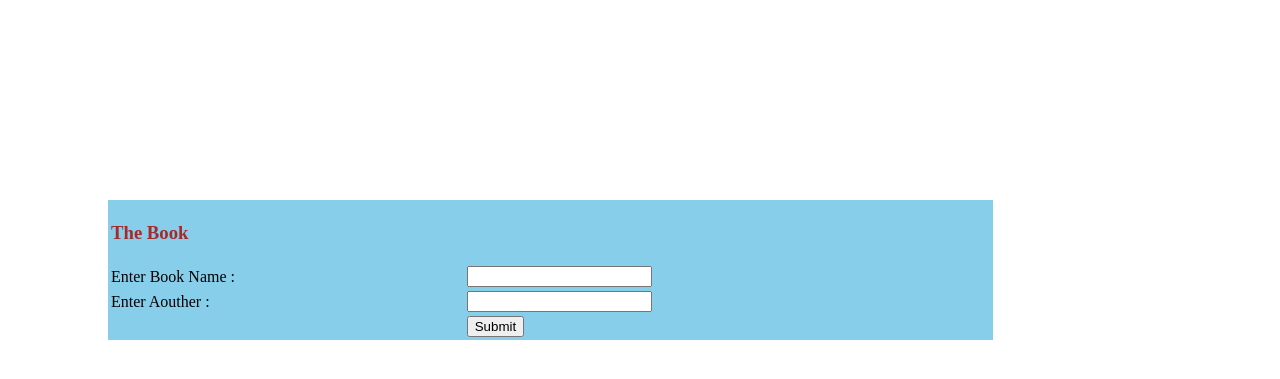
Repository: shulamitProjects/Java
Page: http://localhost/ProjectLibary/AddBook.jsp
An editor plug-in stored every save of this project. The page is shown before and after the next save, followed by the edit.
The browser window is 1280 px wide. The pictures show the whole page.
The page is served by Tomcat 10. Other server files are loaded and not shown.

Above is the page before, as saved 2024-01-29 10:15:01.

### project/project_25-01/ProjectLibary/src/main/webapp/AddBook.jsp
<%@ page language="java" contentType="text/html; charset=UTF-8"
	pageEncoding="UTF-8"%>

<!DOCTYPE html PUBLIC "-//W3C//DTD HTML 4.01 Transitional//EN" "http://www.w3.org/TR/html4/loose.dtd">
<html>
<head>
<meta http-equiv="Content-Type" content="text/html; charset=UTF-8">
<title>add book</title>
</head>
<body>
	<form method="post" action="registration/controller/BooksServlet">
		<table
			style="width: 70%; background-color: skyblue; margin-top: 200px; margin-left: 100px; margin-right: 200px;">

			<tr>
				<td>
					<h3 style="color: brown">The Book</h3>
				</td>
			</tr>
			<tr>
				<td>Enter Book Name :</td>
				<td><input type="text" name="name"></td>
			</tr>
			<tr>
				<td>Enter Aouther :</td>
				<td><input type="text" name="aouther"></td>
			</tr>
			<tr>
				<td></td>
				<td><input type="submit" name="AddBook" value="Submit"></td>

			</tr>
		</table>
	</form>
</body>
</html>

After the next save:
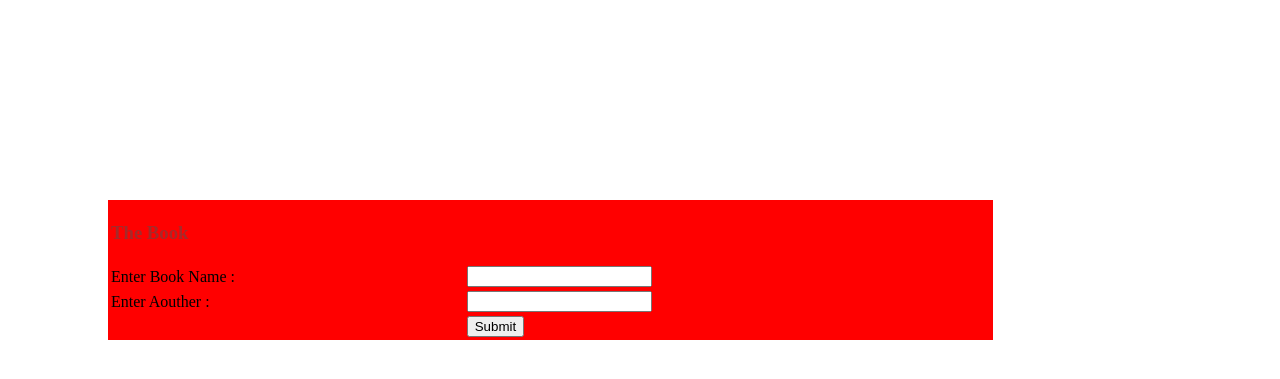
Saved 5 min 12 s later.
--- a/project/project_25-01/ProjectLibary/src/main/webapp/AddBook.jsp
+++ b/project/project_25-01/ProjectLibary/src/main/webapp/AddBook.jsp
@@ -10,7 +10,7 @@
 <body>
 	<form method="post" action="registration/controller/BooksServlet">
 		<table
-			style="width: 70%; background-color: skyblue; margin-top: 200px; margin-left: 100px; margin-right: 200px;">
+			style="width: 70%; background-color: red; margin-top: 200px; margin-left: 100px; margin-right: 200px;">
 
 			<tr>
 				<td>
